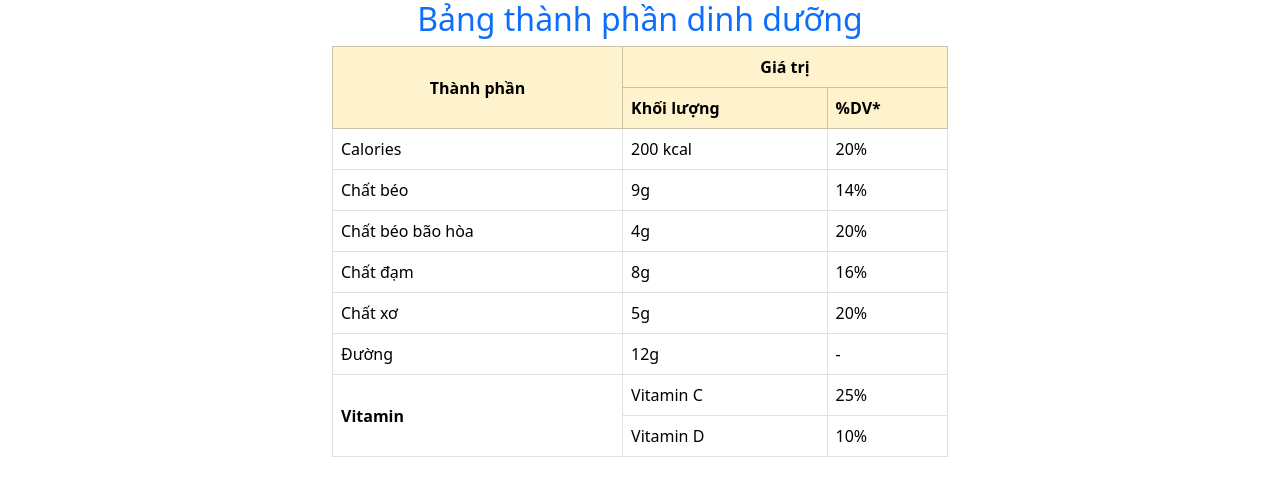
Repository: KizukoHeiwa/SOF308
Page: Lab2/bai1.html
These files come from the project's save history. The page is drawn as it stood at one moment and after the next save; the edit follows.
The browser window is 1280 px wide. The pictures show the whole page.

Above is the page before, as saved 2024-11-07 10:12:55.

After the next save:
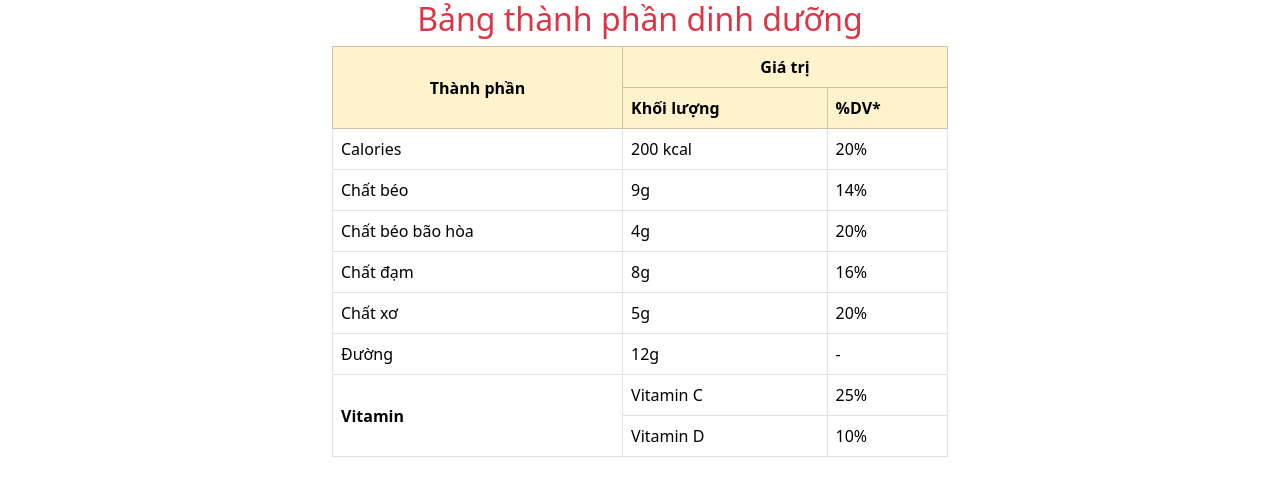
Saved 7 s later.
--- a/Lab2/bai1.html
+++ b/Lab2/bai1.html
@@ -9,7 +9,7 @@
 
 <body>
     <div class="container-fluid w-50">
-        <h2 class="text-center text-primary">Bảng thành phần dinh dưỡng</h2>
+        <h2 class="text-center text-danger">Bảng thành phần dinh dưỡng</h2>
         <table class="table table-bordered align-middle">
             <thead class="table-warning align-middle">
                 <tr class="text-center">
